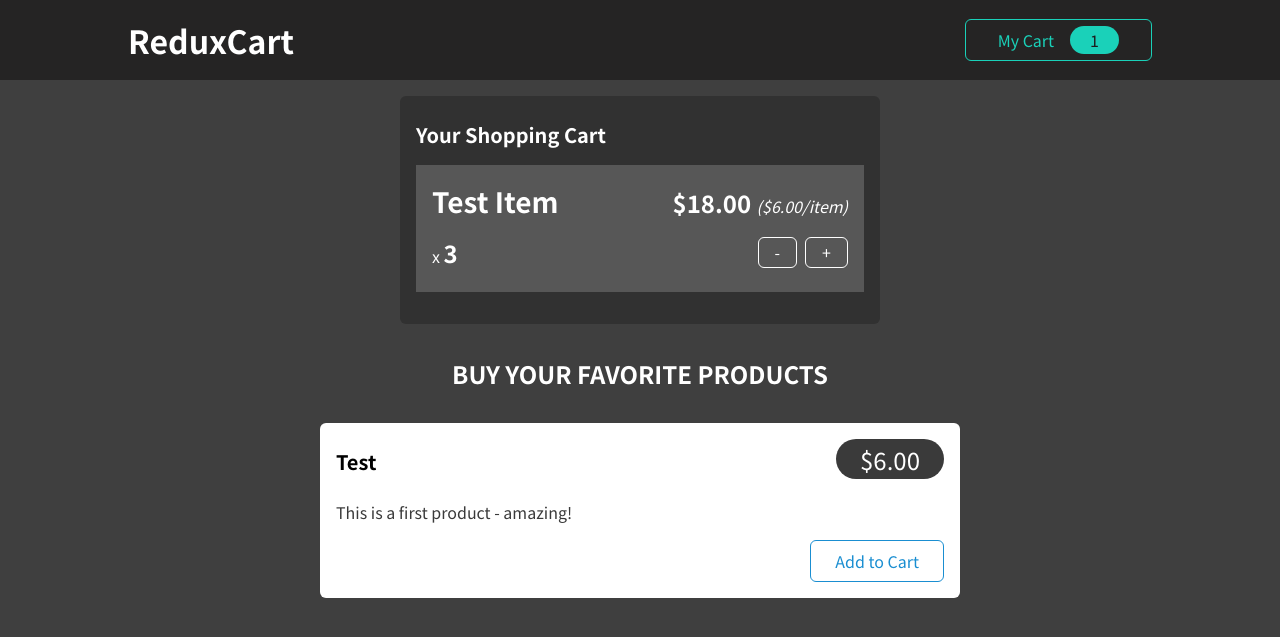
Repository: wenxi0504/13-ReactAdvancedRedux_toolkit
Page: /
An editor plug-in stored every save of this project. The page is shown before and after the next save, followed by the edit.
The browser window is 1280 px wide. The pictures show the whole page.
The project was rebuilt for these pictures with package versions that can differ from the ones it lists, and the page was loaded fresh each time.

Above is the page before, as saved 2022-07-18 22:48:44.

### src/App.js
import { useSelector } from "react-redux/es/exports";
import Cart from "./components/Cart/Cart";
import Layout from "./components/Layout/Layout";
import Products from "./components/Shop/Products";

function App() {
  useSelector((state) => state.ui.cartIsVisible);
  return (
    <Layout>
      <Cart />
      <Products />
    </Layout>
  );
}

export default App;

### src/store/index.js
import { configureStore } from "@reduxjs/toolkit";
import uiSlice from "./ui-slice";
const store = configureStore({
  reducer: { ui: uiSlice.reducer },
});

export default store;

### src/store/ui-slice.js
import { createSlice } from "@reduxjs/toolkit";

const uiSlice = createSlice({
  name: "ui",
  initialState: { cartIsVisible: false },
  // map of all methods and actions
  reducers: {
    toggle(state) {
      state.cartIsVisible = !state.cartIsVisible;
    },
  },
});

export const uiActions = uiSlice.actions;
export default uiSlice;

### src/components/Cart/CartItem.js
import classes from './CartItem.module.css';

const CartItem = (props) => {
  const { title, quantity, total, price } = props.item;

  return (
    <li className={classes.item}>
      <header>
        <h3>{title}</h3>
        <div className={classes.price}>
          ${total.toFixed(2)}{' '}
          <span className={classes.itemprice}>(${price.toFixed(2)}/item)</span>
        </div>
      </header>
      <div className={classes.details}>
        <div className={classes.quantity}>
          x <span>{quantity}</span>
        </div>
        <div className={classes.actions}>
          <button>-</button>
          <button>+</button>
        </div>
      </div>
    </li>
  );
};

export default CartItem;

### src/components/Cart/CartItem.module.css
.item {
  margin: 1rem 0;
  background-color: #575757;
  padding: 1rem;
}

.item h3 {
  margin: 0 0 0.5rem 0;
  font-size: 1.75rem;
}

.item header {
  display: flex;
  justify-content: space-between;
  align-items: baseline;
}

.details {
  display: flex;
  justify-content: space-between;
  align-items: center;
}

.quantity span {
  font-size: 1.5rem;
  font-weight: bold;
}

.price {
  font-size: 1.5rem;
  font-weight: bold;
}

.itemprice {
  font-weight: normal;
  font-size: 1rem;
  font-style: italic;
}

.actions {
  display: flex;
  justify-content: flex-end;
  margin: 0.5rem 0;
}

.actions button {
  background-color: transparent;
  border: 1px solid white;
  margin-left: 0.5rem;
  padding: 0.15rem 1rem;
  color: white;
}

.actions button:hover,
.actions button:active {
  background-color: #4b4b4b;
  color: white;
}

### src/components/Cart/CartButton.js
import { useDispatch } from "react-redux";
import { uiActions } from "../../store/ui-slice";
import classes from "./CartButton.module.css";

const CartButton = (props) => {
  const dispatch = useDispatch();
  const toggleCartHandler = () => {
    dispatch(uiActions.toggle());
  };
  return (
    <button className={classes.button} onClick={toggleCartHandler}>
      <span>My Cart</span>
      <span className={classes.badge}>1</span>
    </button>
  );
};

export default CartButton;

Loaded but not shown: public/index.html (common file); src/index.js (common file); src/index.css (common file); src/components/Cart/Cart.js (common file); src/components/Layout/Layout.js (common file); src/components/Shop/Products.js (common file); src/components/UI/Card.js (common file); src/components/Cart/Cart.module.css (common file); src/components/Layout/MainHeader.js (common file); src/components/Shop/ProductItem.js (common file); src/components/Shop/Products.module.css (common file); src/components/UI/Card.module.css (common file); src/components/Layout/MainHeader.module.css (common file); src/components/Shop/ProductItem.module.css (common file); src/components/Cart/CartButton.module.css (common file)

After the next save:
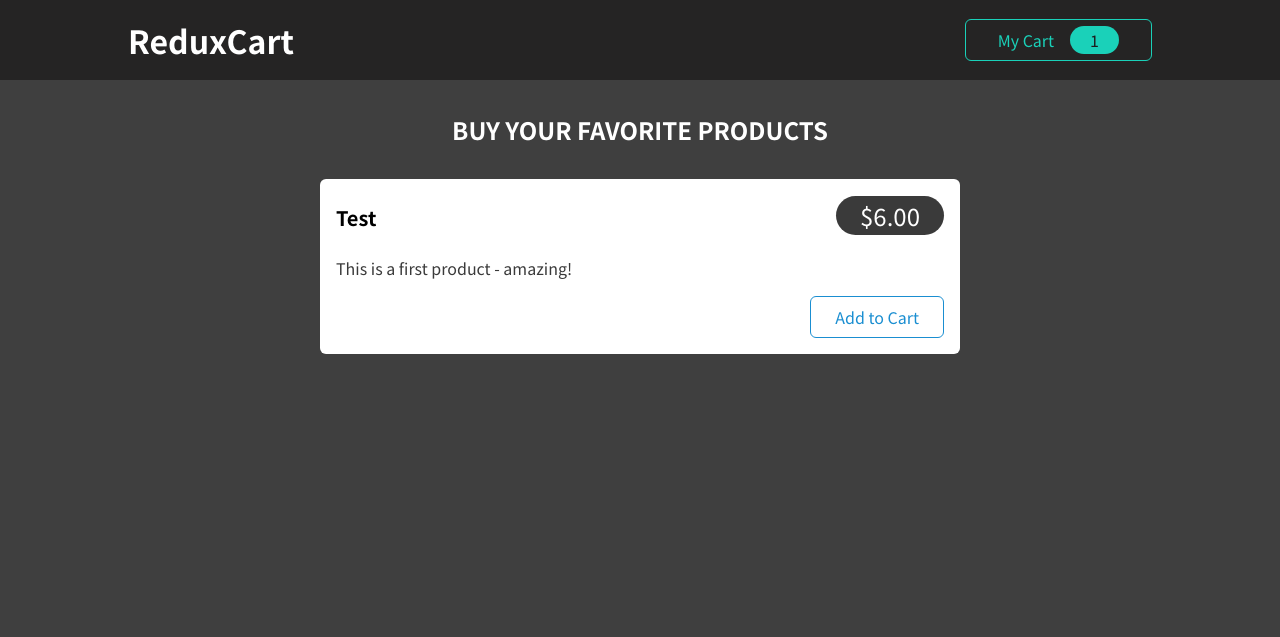
Saved 29 s later.
--- a/src/App.js
+++ b/src/App.js
@@ -4,10 +4,11 @@ import Layout from "./components/Layout/Layout";
 import Products from "./components/Shop/Products";
 
 function App() {
-  useSelector((state) => state.ui.cartIsVisible);
+  const showCart = useSelector((state) => state.ui.cartIsVisible);
   return (
     <Layout>
-      <Cart />
+      {showCart && <Cart />}
+
       <Products />
     </Layout>
   );
